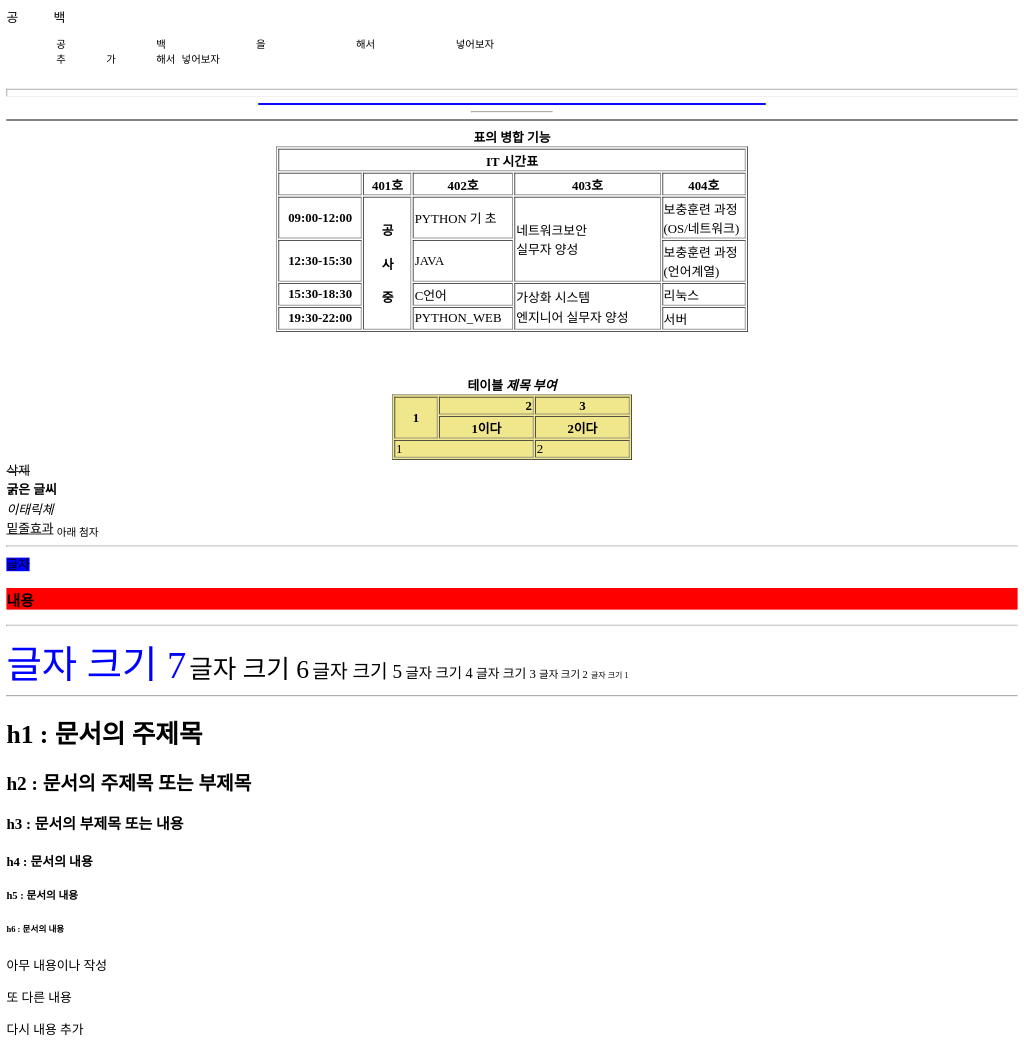
Repository: leeseungho1994/test09
Page: html/test01.html
An editor plug-in stored every save of this project. The page is shown before and after the next save, followed by the edit.
The browser window is 1280 px wide. The pictures show the whole page, at 80% of full size.

Above is the page before, as saved 2020-10-29 06:50:46.

After the next save:
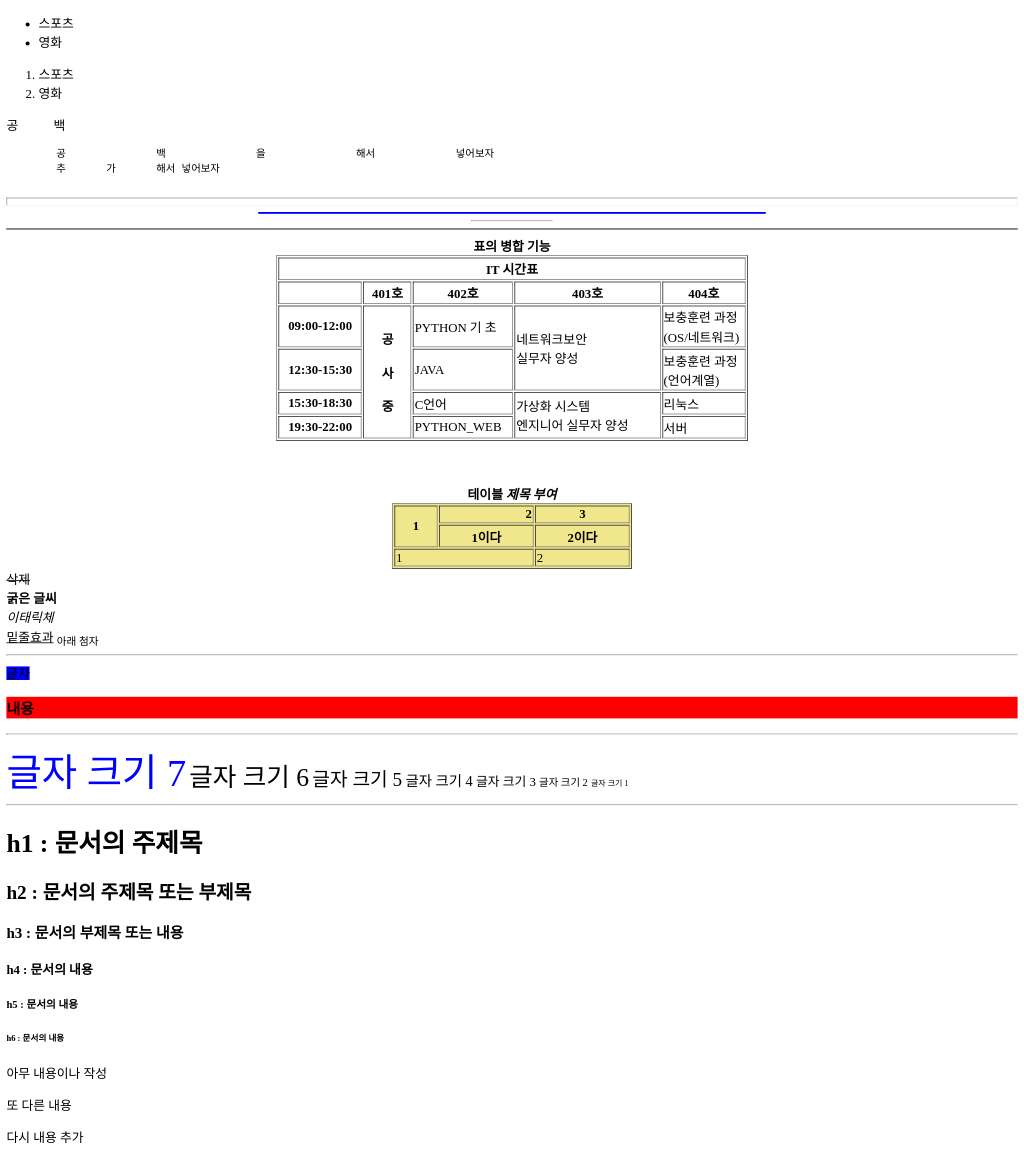
Saved 3 min 35 s later.
--- a/html/test01.html
+++ b/html/test01.html
@@ -5,6 +5,13 @@
 <title>Insert title here</title>
 </head>
 <body>
+	<ul>
+		<li>스포츠</li> <li>영화</li>
+	</ul>
+	<ol>
+		<li>스포츠</li> <li>영화</li>
+	</ol>
+
 	공 &nbsp; &nbsp; &nbsp; &nbsp; &nbsp; 백
 
 	<pre>
